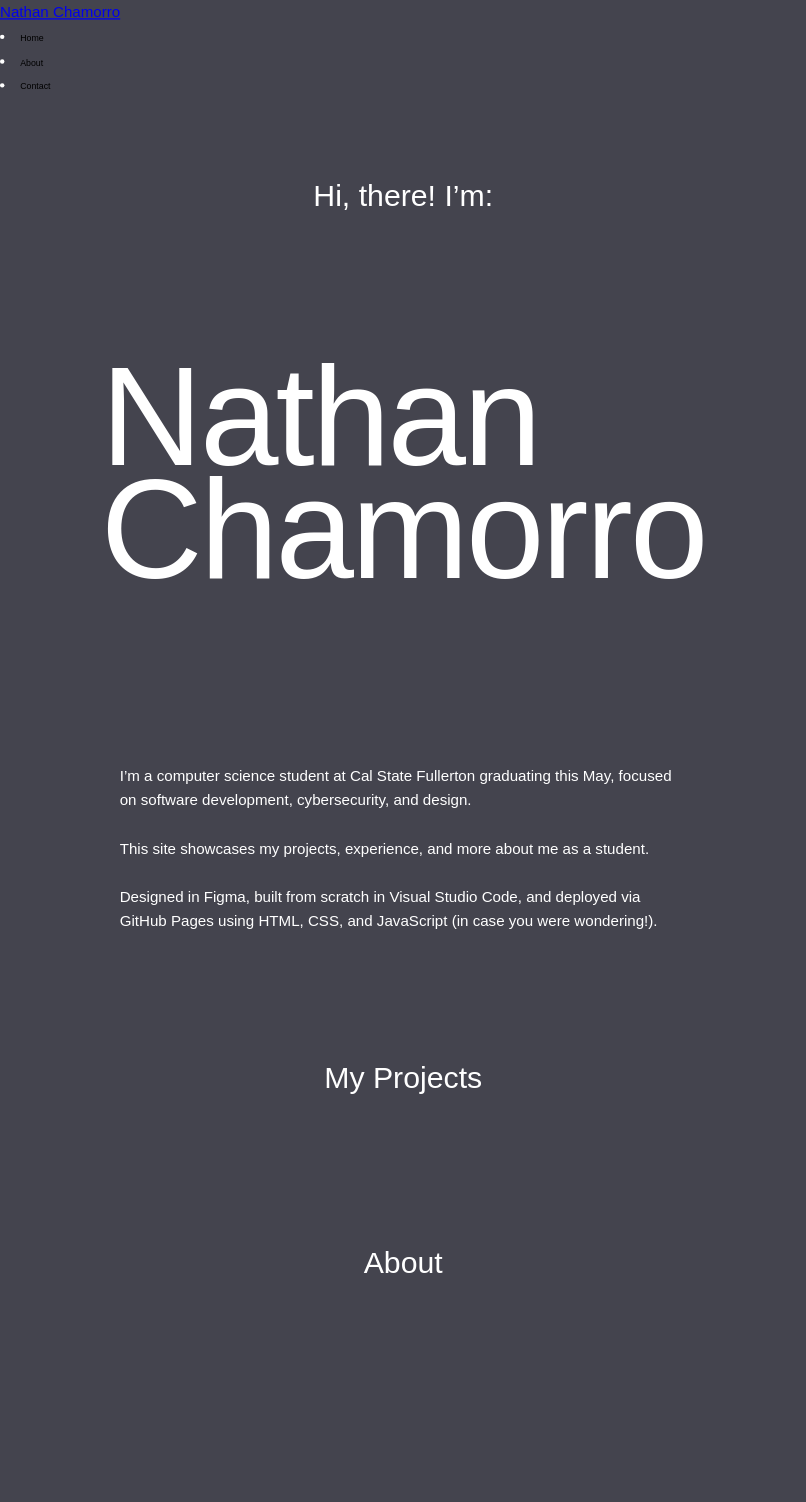
Repository: nathanchamorro1/nathanchamorro1.github.io
Page: index.html
These files come from the project's save history. The page is drawn as it stood at one moment and after the next save; the edit follows.
The browser window is 1280 px wide. The pictures show the whole page, at 63% of full size.
Some web fonts or font styles are not loaded; a fallback is used.

Above is the page before, as saved 2026-02-17 16:56:11.

### index.html
<!DOCTYPE html>
<html lang="en">

<head>
<meta charset="UTF-8">
<meta name="viewport" content = "width=device-width,initial-scale=1">
<title>Nathan Chamorro's Portfolio</title>
<link rel = "icon" type = "image/x-icon" href = "/assets/snoopy-favicon.ico">
<link rel="stylesheet" href="https://use.typekit.net/lhh1weh.css">
<link rel="stylesheet" href="css/style.css">
</head>

<div class="layout">
  <nav class="sidebar">
    <a href="#home" class="nav-logo">Nathan Chamorro</a>
      <li><a href="#home" class="nav-link">Home</a></li>
            <li><a href="#about" class="nav-link">About</a></li>
      <li><a href="#contact" class="nav-link">Contact</a></li>
      </nav>

  <main class="content">
    <div class="content-wrapper">
  <section class="hero">
    <h2 class="reveal">Hi, there! I’m:</h2>
    <h1 class="reveal">Nathan Chamorro</h1>
  </section>
      <p class="reveal">
        <br>I’m a computer science student at Cal State Fullerton graduating this May, focused on software development, cybersecurity, and design. <br>
        <br>This site showcases my projects, experience, and more about me as a student.<br>
        <br>Designed in Figma, built from scratch in Visual Studio Code, and deployed via GitHub Pages using HTML, CSS, and JavaScript (in case you were wondering!). <br>
      </p>
    </section>

        <section id="projects" class="content-wrapper">
      <h3 class="reveal">My Projects</h3>
    </section>

    <section id="about" class="content-wrapper">
      <h3 class="reveal">About</h3>
    </section>

    <section id="contact" class="content-wrapper">
      <h3 class="reveal">Contact</h3>
    </section>
  </main>
</div>
<script src = "js/script.js"></script>

### css/style.css
body {
  background-color: #44444E;
  color: white;
  margin: 0;
  font-family: museo-sans, sans-serif;
  font-weight: 300;
  font-style: normal;
  font-variation-settings: "slnt" 0, "wght" 400;
  line-height: 1.6;
  font-size: 1.5rem;
}

.content-wrapper {
  max-width: 900px;
  margin: 0 auto;
  padding: 0 40px;
  padding-top: 80px;
  display: flex;
  flex-direction: column;
  gap: 40px;
}

.hero {
    min-height: calc(100vh-80px);
    display: flex;
    align-items: center;
    flex-direction: column;
    justify-content: center;
    text-align: left;
}

h1 {
    color: white;
    font-family: "instrument-serif", sans-serif;
    font-size: 14rem;
    font-weight: 400;
    font-variation-settings: "wght" 400;
    line-height: 0.8;
    margin: 0;
    letter-spacing: -0.02em;
    min-height: 100vh;
    display: flex;
    align-items: center;
    justify-content: center;
}

h2 {
    color: white;
    font-family: "instrument-serif", sans-serif;
    font-weight: 400;
    font-variation-settings: "wght" 400;
    font-size: 3rem;
    opacity: 0.8;
}

h3 {
    color: white;
    font-family: "instrument-serif", sans-serif;
    font-weight: 400;
    font-variation-settings: "wght" 400;
    font-size: 3rem;
    opacity: 0.8;
}

.reveal {
    opacity: 0;
    transform: translateY(20px);
    transition: opacity 0.7s ease, transform 0.7s ease;
}

.reveal-visible {
    opacity: 1;
    transform: translateY(0);
}

.navbar {
    position: fixed;
    top: 0;
    width: 100%;
    background: white;
    box-shadow: 0 2px 10px rgba(0,0,0,0.05);
    z-index: 1000;
}

.nav-container {
    max-width: 1000px;
    margin: 0 auto;
    display: flex;
    justify-content: space-between;
    align-items: left;
    padding: 15px 20px
}

.nav-menu {
    list-style: none;
    display: flex;
    gap: 25px;
    margin: 0;
    padding: 0;
}

.nav-link {
    text-decoration: none;
    color: black;
    font-size: 14px;
    position: relative;
}

.nav-link:hover {
    opacity: 0.6;
}

### js/script.js
const reveals = document.querySelectorAll(".reveal");

function revealOnScroll() {
  const windowHeight = window.innerHeight;

  reveals.forEach(el => {
    const elementTop = el.getBoundingClientRect().top;

    if (elementTop < windowHeight - 200) {
      el.classList.add("reveal-visible");
    }
  });
}

window.addEventListener("scroll", revealOnScroll);
revealOnScroll();

After the next save:
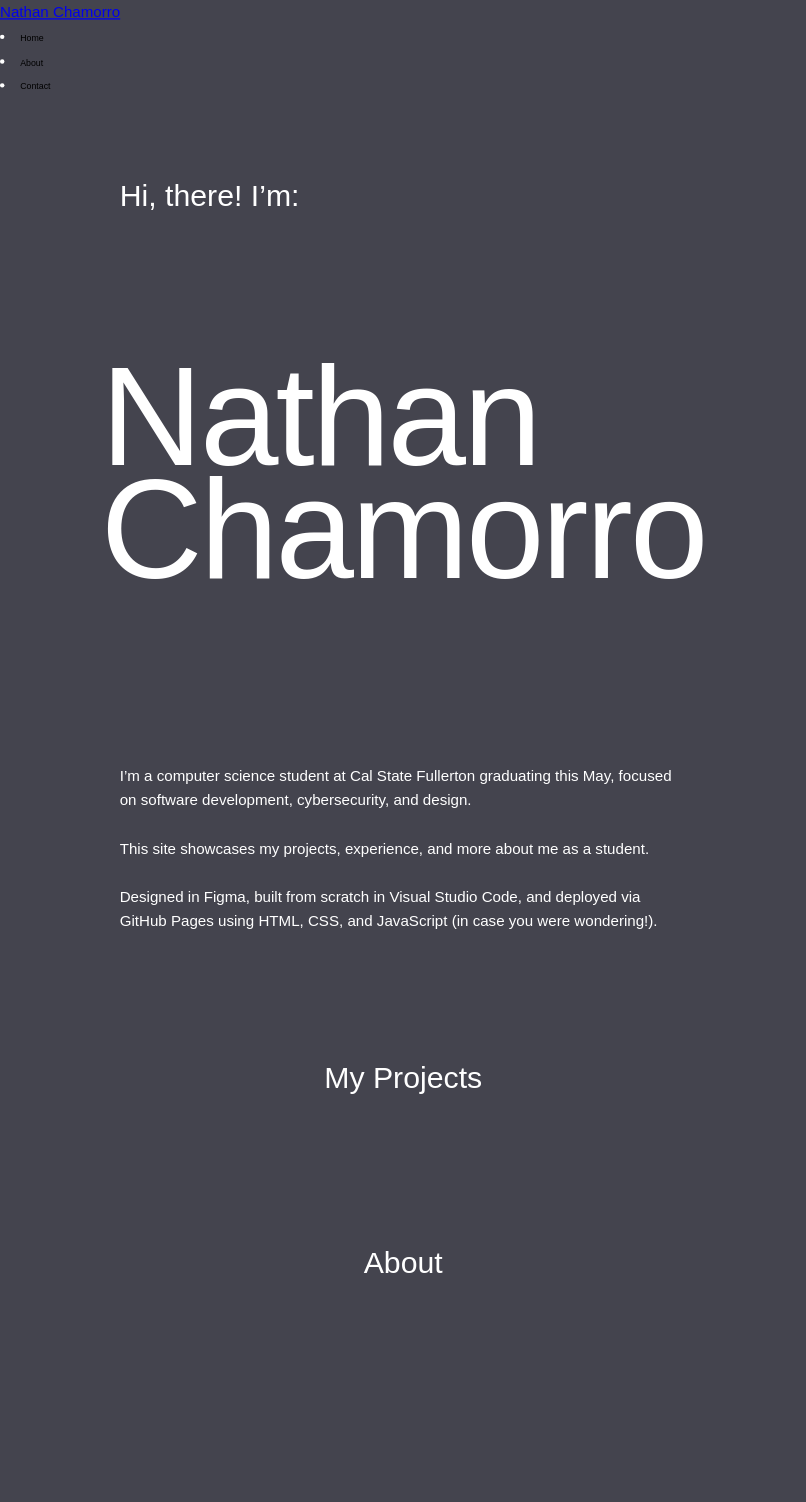
Saved 8 s later.
--- a/css/style.css
+++ b/css/style.css
@@ -23,7 +23,7 @@ body {
 .hero {
     min-height: calc(100vh-80px);
     display: flex;
-    align-items: center;
+    align-items: left;
     flex-direction: column;
     justify-content: center;
     text-align: left;
